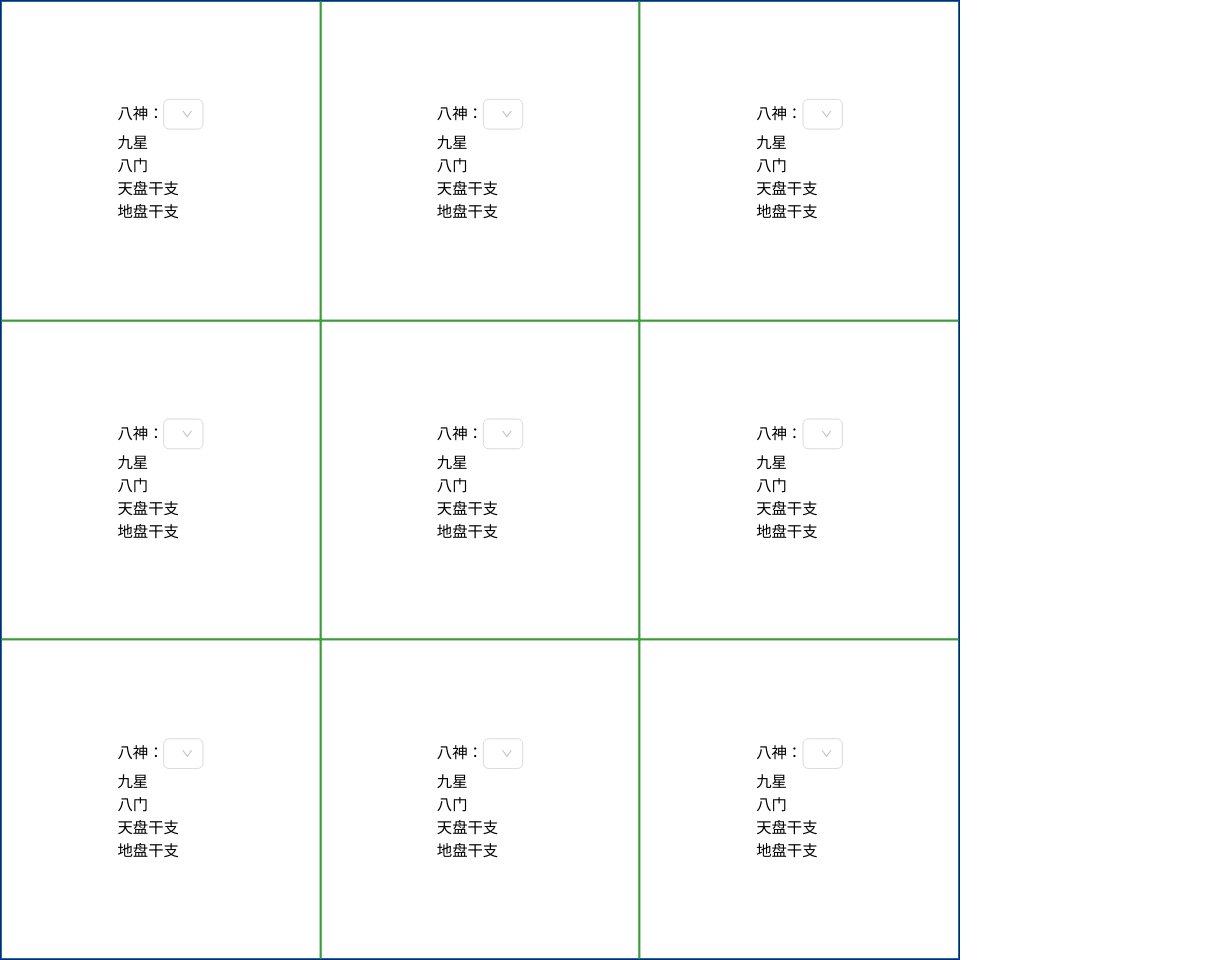
Repository: DaozhangChen/qiMen
Page: /
An editor plug-in stored every save of this project. The page is shown before and after the next save, followed by the edit.
The browser window is 1280 px wide. The pictures show the whole page, at 96% of full size.
The project was rebuilt for these pictures with package versions that can differ from the ones it lists, and the page was loaded fresh each time. Also part of the build but not shown: vite.config.js.

Above is the page before, as saved 2024-04-04 18:25:16.

### src/App.jsx
import Suduku from './compoment/Suduku'

function App() {

  return (
    <>
      <Suduku />
    </>
  )
}

export default App

### src/index.css
* {
  padding: 0;
  margin: 0;
  box-sizing: border-box;
}

ul,
li {
  list-style: none;
}

### src/compoment/Suduku.jsx
import "./Suduku.css"
import EightGod from "./eightGod"

function Suduku() {
    const regionArr = [1, 2, 3, 4, 5, 6, 7, 8, 9]

    return (
        <div className="sudoku-grid">
            {/* 生成九宫格 */}
            {regionArr.map((value) => (
                <div key={`row-${value}`} className="sudoku-row">
                    <li className="suduku-cell">
                        <li className="god">八神：<span><EightGod /></span></li>
                        <li className="star">九星</li>
                        <li className="door">八门</li>
                        <li className="upStem">天盘干支</li>
                        <li className="downStem">地盘干支</li>
                    </li>
                </div>
            ))}
        </div>
    )
}
export default Suduku

### src/compoment/Suduku.css
.sudoku-grid {
    border: 1px solid blue;
    width: 1000px;
    height: 1000px;
    display: grid;
    grid-template-columns: repeat(3, 1fr);
    grid-template-rows: repeat(3, 1fr);

}

.sudoku-row {
    display: flex;
    border: 1px solid green;
    align-items: center;
    justify-content: center;
}

### src/compoment/eightGod.jsx
import { Select } from "antd";

const EightGod = () => {
    const godArr = ["值符", "腾蛇", "太阴", "六合", "白虎", "玄武", "九地", "九天"]
    const option = godArr.map((value) => {
        const obj = {}
        obj.value = value
        obj.label = value
        return obj
    })
    return (
        <>
            <Select width="100px" options={option} />
        </>
    )
}

export default EightGod

Loaded but not shown: index.html (common file); src/main.jsx (common file)

After the next save:
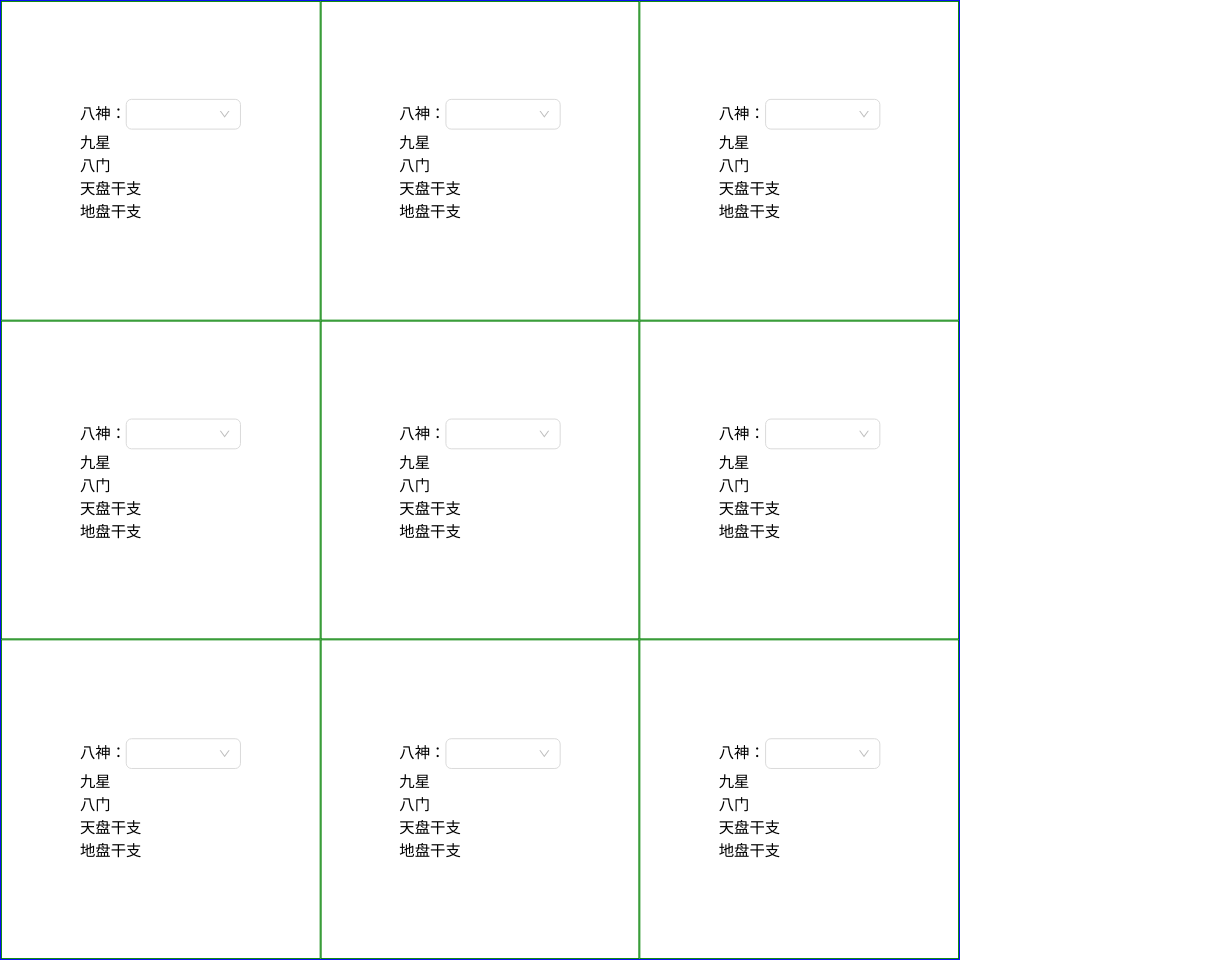
Saved 29 s later.
--- a/src/compoment/eightGod.jsx
+++ b/src/compoment/eightGod.jsx
@@ -10,7 +10,7 @@ const EightGod = () => {
     })
     return (
         <>
-            <Select width="100px" options={option} />
+            <Select style={{ width: 120 }} options={option} />
         </>
     )
 }
